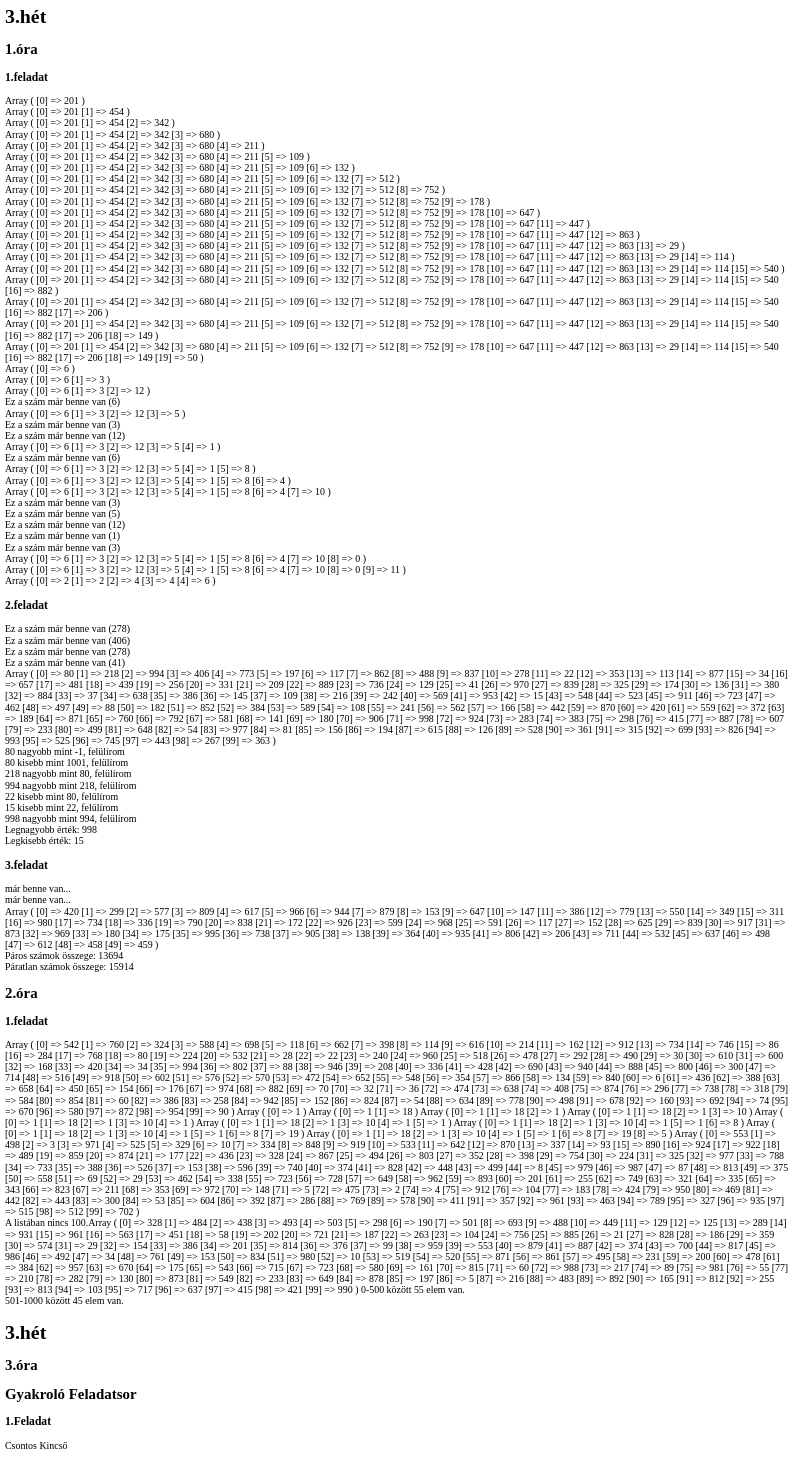
Repository: doomhyena/htdocs
Page: http://localhost/03.Week/index.php
These files come from the project's save history. The page is drawn as it stood at one moment and after the next save; the edit follows.
The browser window is 1280 px wide. The pictures show the whole page, at 62% of full size.
The page is run by PHP 8.4 with error messages shown; the project is at /var/www/html/.

Above is the page before, as saved 2024-09-20 12:10:51.

### 03.Week/index.php
<?php

// -----------------------------------------------------------------------------------------------------------------
// Első óra 2024/09/16 HÉTFŐ
// -----------------------------------------------------------------------------------------------------------------

echo "<h1>3.hét</h1>";
echo "<h2>1.óra</h2>";
echo "<h3>1.feladat</h3>";

/*
	 Feladat:

	 Hozz létre egy üres listát.
	 Állíts be egy FOR ciklust úgy, hogy 20x fusson le.
	 Minden lefutáskor generáltass egy random számot.
	 Ezt a random számot add hozzá a listához.
	 Minden lefutáskor írasd ki a lista tartalmát.
*/
	 $lista = array(); //lista létrerhozása

	 for($i=0;$i<20;$i++){ // for ciklus ami 20x fut let

		 $randomszam = rand(0, 1000); //random szám generálása 0 és 1000 kzött

		 array_push($lista, $randomszam); // belerakjuk a listába a randomszámot

		 print_r($lista); // lista kiírása
		 echo "<br>"; // sortörés

	 }

	$lista = array(); //lista létrerhozása

	 while(count($lista) < 10){ // while ciklus létrehozása

		 $randomszam = rand(0, 12); //random szám generálása 0 és 12 kzött

		 if(in_array($randomszam, $lista)){ // HA a szám szerepel már  a listában

			 echo "Ez a szám már benne van ($randomszam)<br>"; // kiírjuk, hogy a szám szerepl már a listában

		 }
		 else{ // Ha nem szerepel a listában

			 array_push($lista, $randomszam); // belerakjuk a randomszámot a listába

			 print_r($lista); // listakiírása
			 echo "<br>"; //sortörés

		 }

	 }

	 $lista = array(1, 2, 3, 4, 5);

	 for($i=0;$i<count($lista);$i++){

		 if($lista[$i]%2 == 1){
			 $lista[$i]++;
		 }

	 }

	 print_r($lista);
     echo "<h3>2.feladat</h3>";
/*
	 Feladat:

		 Tölts fel egy listát 100 darab random számmal 0 és 1000 között. (Egy szám csak egyszer szerepelhessen a listában)
*/
	 $lista = array();

	 while(count($lista) < 100){

		 $randomszam = rand(0, 1000);

		 if(in_array($randomszam, $lista)){
			 echo "Ez a szám már benne van ($randomszam)<br>";
		 }
		 else{
			 array_push($lista, $randomszam);

		 }

	 }

	 print_r($lista);
	 echo "<br>";

	 $legnagyobb = -1;
	 $legkisebb = 1001;

	 for($i=0;$i<count($lista);$i++){

		 if($lista[$i] > $legnagyobb){
			 echo "$lista[$i] nagyobb mint $legnagyobb, felülírom<br>";
			 $legnagyobb = $lista[$i];
		 }

		 if($lista[$i] < $legkisebb){
			 echo "$lista[$i] kisebb mint $legkisebb, felülírom<br>";
			 $legkisebb = $lista[$i];
		 }
	 }

	 echo "Legnagyobb érték: $legnagyobb<br>";
	 echo "Legkisebb érték: $legkisebb<br>";
     echo "<h3>3.feladat</h3>";

/*
	 Feladat

	 Hozz létre egy üres listát.
	 While ciklussal töltsd fel 50 random számmal 0 és 1000 között.
	 Készíts egy-egy
		 $parosak = 0;
		 $paratlanok = 0;
			 változót.
	 For ciklussal vizsgáld meg az összes számot.
	 Ha a lista adott eleme osztható kettővel, akkor az értékét add hozzá a $parosak változóhoz.
	 Ha nem osztható kettővel, akkor pedig a $páratlanok-hoz.
*/
	 $lista = array();

	 while(count($lista) < 50){

		 $randomszam = rand(0, 1000);

		 if(in_array($randomszam, $lista)){
			 echo "már benne van...<br>";
		 }
		 else{
			 array_push($lista, $randomszam);
		 }

	 }

	 print_r($lista);

	 $parosak = 0;
	 $paratlanok = 0;

	 for($i=0;$i<count($lista);$i++){

		 if($lista[$i]%2 == 0){
			 $parosak = $parosak + $lista[$i];
		 }
		 else{
			 $paratlanok = $paratlanok + $lista[$i];
		 }

	 }

	 echo "<br>Páros számok összege: $parosak<br>";
	 echo "Páratlan számok összege: $paratlanok";

     echo "<h2>2.óra</h2>";
     echo "<h3>1.feladat</h3>";

	//  Készíts egy 100 számból álló listát, amiben csak páros számok vannak.

	 $lista = array();

	 while(count($lista) < 100){

		 $randomszam = rand(0, 1000);

		 if(!in_array($randomszam, $lista)){

			 if($randomszam%2 == 0){

				 array_push($lista, $randomszam);

			 }

		 }

	 }

	 print_r($lista);

	 // Igaz hamis
	 $igaz = true;
	 $hamis = false;

	 // Addig fusson a ciklus, amíg nem találunk ötös számot a listában

	 $igaz_hamis = true;

	 $lista = array();

	 while($igaz_hamis){

		 $randomszam = rand(0, 20);

		 array_push($lista, $randomszam);

		 print_r($lista);

		 if(in_array(5, $lista)){
			 $igaz_hamis = false;
		 }

	 }

	 $lista = array();

	 while(count($lista) < 100){

		 $randomszam = rand(0, 1000);

		 if(!in_array($randomszam, $lista)){

			 array_push($lista, $randomszam);

		 }

	 }

	 $van_e_szaz = false;

	 for($i=0;$i<count($lista);$i++){

		 if($lista[$i] == 100){
			 $van_e_szaz = true;
		}
    }


	print_r($lista);
	echo "<br>";

	 if($van_e_szaz){
		 echo "A listában van 100.";
	 }
	 else{
		 echo "A listában nincs 100.";
	 }

/*
	 Feladat:

	 Tölts fel egy listát 100 darab különböző számmal 0 és 1000 között.
	 For ciklus segítségével számold meg, hogy hány darab szám van 0 és 500, 501 és 1000 között.
*/
	$lista = array();

	while(count($lista) < 100){

		$randomszam = rand(0, 1000);

		if(!in_array($randomszam, $lista)){
			array_push($lista, $randomszam);
		}

	}

	print_r($lista);

	$nulla_otszaz = 0;
	$otszazegy_ezer = 0;

	for($i=0;$i<count($lista);$i++){

		if($lista[$i] < 501){
			$nulla_otszaz++;
		}
		else{
			$otszazegy_ezer++;
		}
	}  // Ez a záró zárójel hiányzott

	//játkkulcs generátor
	//tömbök a tömbökben jövőhéten + rendezések 2024.09.16
	echo "0-500 között $nulla_otszaz elem van.<br>";
	echo "501-1000 között $otszazegy_ezer elem van.";


// -----------------------------------------------------------------------------------------------------------------
// Harmadik óra 2024/09/09 HÉTFŐ
// -----------------------------------------------------------------------------------------------------------------

echo "<h1>3.hét</h1>";
echo "<h2>3.óra</h2>";
echo "<h2>Gyakroló Feladatsor</h2>";

echo "<h3>1.Feladat</h3>";

echo "Csontos Kincső";

echo "<h3></h3>";

$a = 5;
$b = 10;
$c = 3;

echo "<h3></h3>";
echo "<h3></h3>";
echo "<h3></h3>";
echo "<h3></h3>";
echo "<h3></h3>";
echo "<h3></h3>";
echo "<h3></h3>";
echo "<h3></h3>";
echo "<h3></h3>";
echo "<h3></h3>";
echo "<h3></h3>";
echo "<h3></h3>";
echo "<h3></h3>";
echo "<h3></h3>";
echo "<h3></h3>";

After the next save:
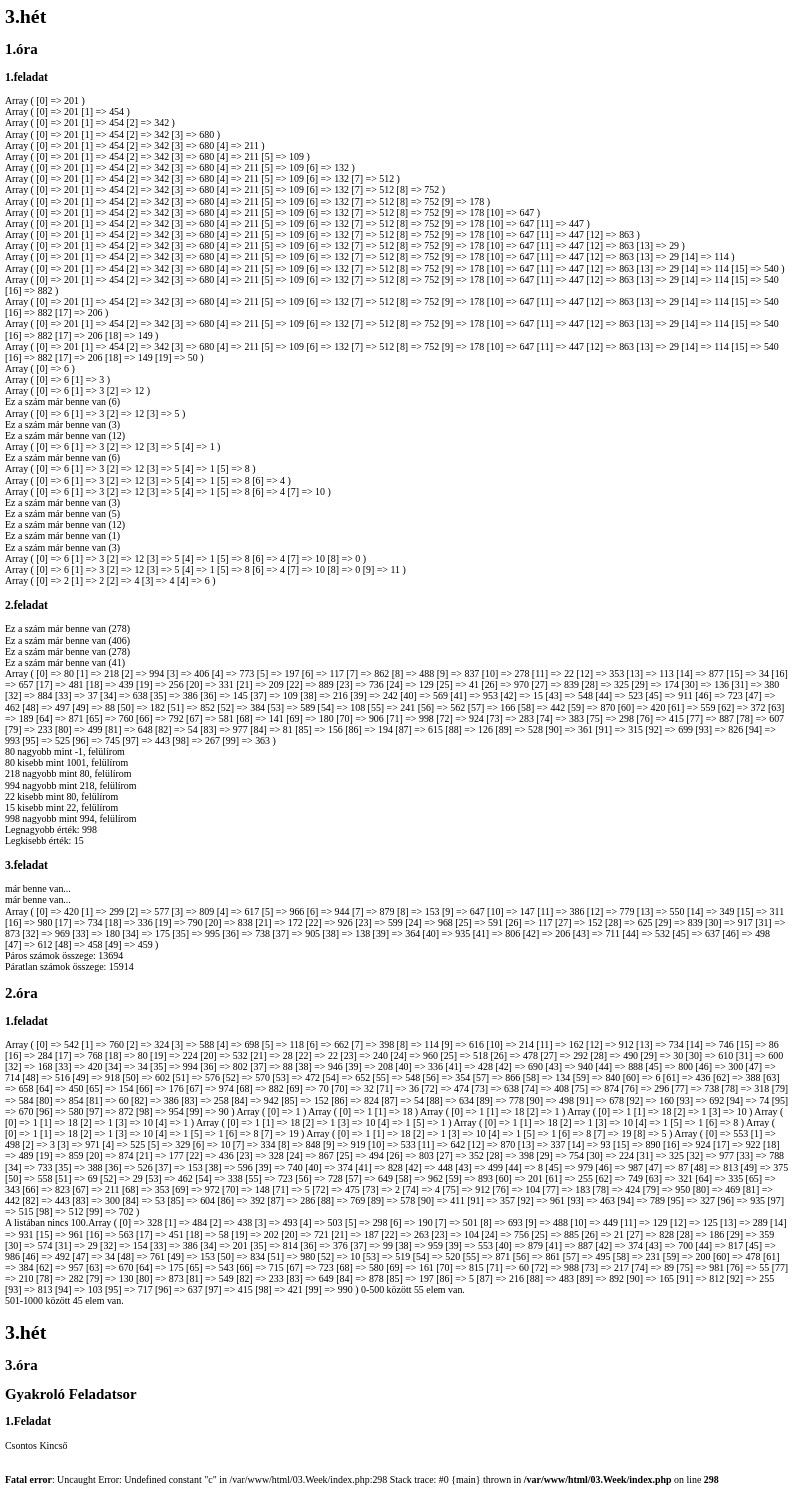
Saved 39 s later.
--- a/03.Week/index.php
+++ b/03.Week/index.php
@@ -295,18 +295,20 @@
 $b = 10;
 $c = 3;
 
-echo "<h3></h3>";
-echo "<h3></h3>";
-echo "<h3></h3>";
-echo "<h3></h3>";
-echo "<h3></h3>";
-echo "<h3></h3>";
-echo "<h3></h3>";
-echo "<h3></h3>";
-echo "<h3></h3>";
-echo "<h3></h3>";
-echo "<h3></h3>";
-echo "<h3></h3>";
-echo "<h3></h3>";
-echo "<h3></h3>";
-echo "<h3></h3>";
+echo ($a + $b) % c;
+
+echo "<h3></h3>";
+echo "<h3></h3>";
+echo "<h3></h3>";
+echo "<h3></h3>";
+echo "<h3></h3>";
+echo "<h3></h3>";
+echo "<h3></h3>";
+echo "<h3></h3>";
+echo "<h3></h3>";
+echo "<h3></h3>";
+echo "<h3></h3>";
+echo "<h3></h3>";
+echo "<h3></h3>";
+echo "<h3></h3>";
+echo "<h3></h3>";

After the save that followed:
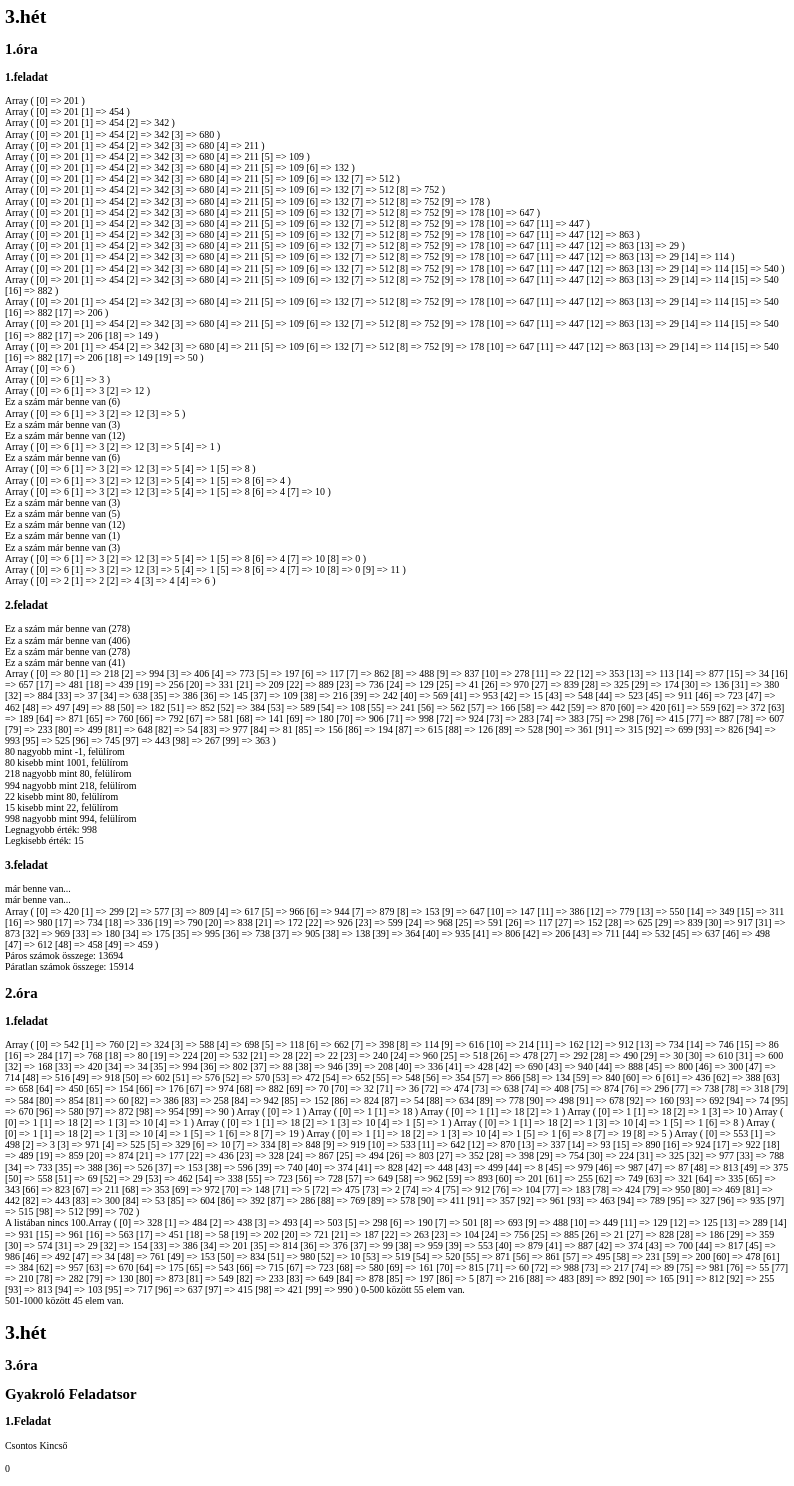
Saved 4 s later.
--- a/03.Week/index.php
+++ b/03.Week/index.php
@@ -295,20 +295,20 @@
 $b = 10;
 $c = 3;
 
-echo ($a + $b) % c;
-
-echo "<h3></h3>";
-echo "<h3></h3>";
-echo "<h3></h3>";
-echo "<h3></h3>";
-echo "<h3></h3>";
-echo "<h3></h3>";
-echo "<h3></h3>";
-echo "<h3></h3>";
-echo "<h3></h3>";
-echo "<h3></h3>";
-echo "<h3></h3>";
-echo "<h3></h3>";
-echo "<h3></h3>";
-echo "<h3></h3>";
-echo "<h3></h3>";
+echo ($a + $b) % $c;
+
+echo "<h3></h3>";
+echo "<h3></h3>";
+echo "<h3></h3>";
+echo "<h3></h3>";
+echo "<h3></h3>";
+echo "<h3></h3>";
+echo "<h3></h3>";
+echo "<h3></h3>";
+echo "<h3></h3>";
+echo "<h3></h3>";
+echo "<h3></h3>";
+echo "<h3></h3>";
+echo "<h3></h3>";
+echo "<h3></h3>";
+echo "<h3></h3>";
